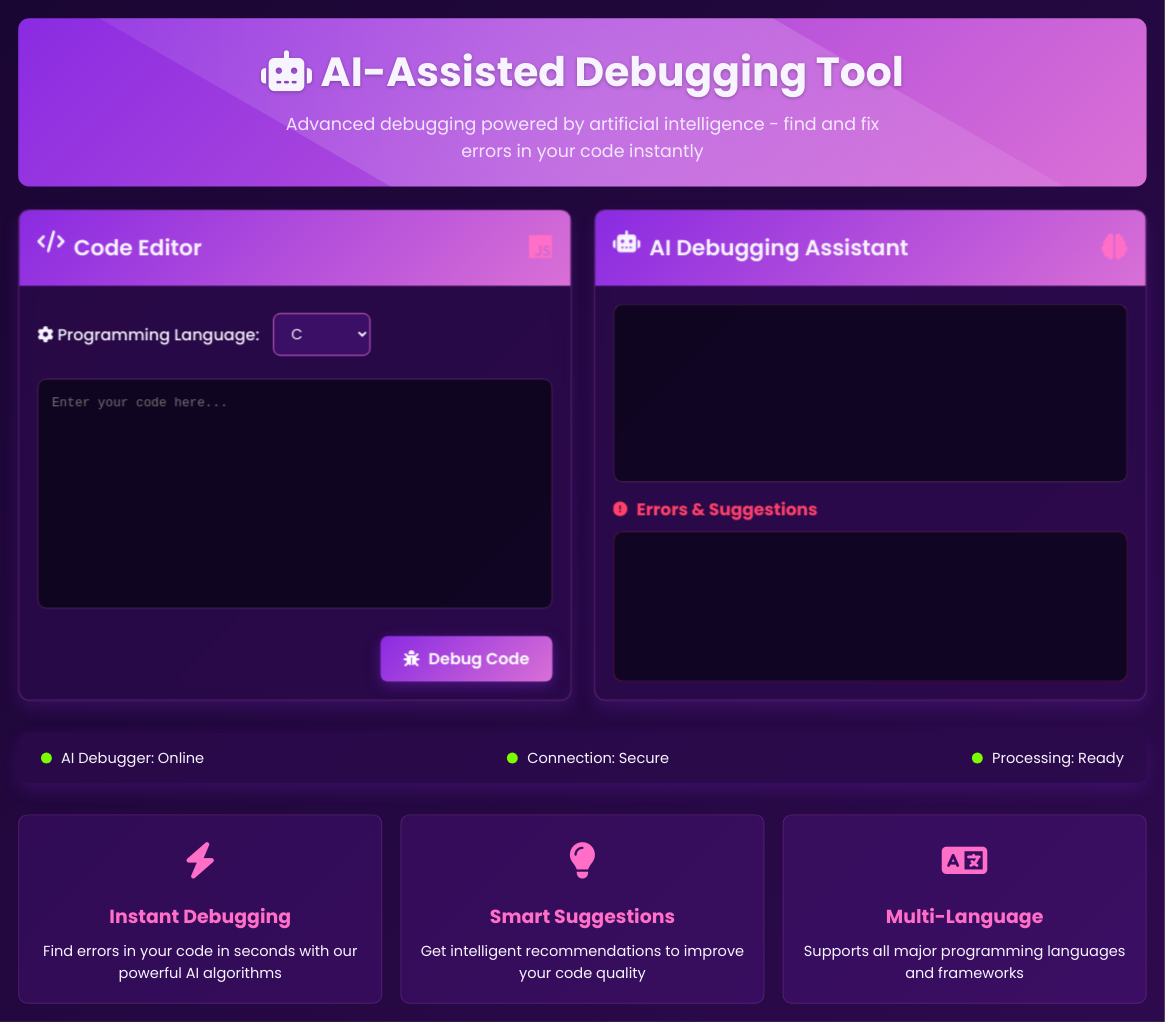
Repository: ujjwalkathait/AI-Asissted_Debugging_tool
Page: Frontend/public/index.html
These files come from the project's save history. The page is drawn as it stood at one moment and after the next save; the edit follows.
The browser window is 1280 px wide. The pictures show the whole page, at 91% of full size.

Above is the page before, as saved 2025-07-13 23:06:13.

After the next save:
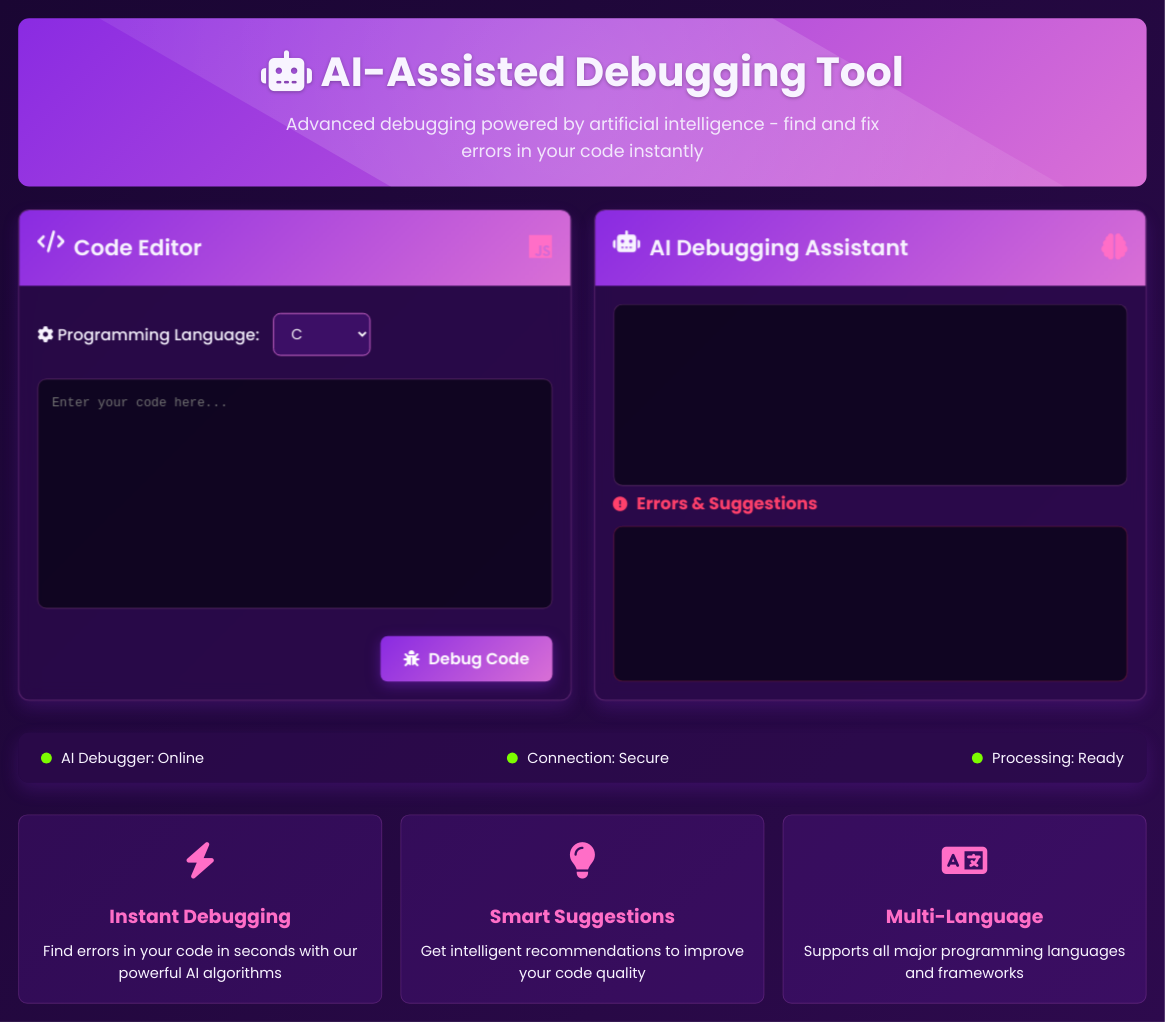
Saved 39 s later.
--- a/Frontend/public/index.html
+++ b/Frontend/public/index.html
@@ -60,14 +60,14 @@
                         <div class="ai-output" id="debug-output">
 </div>
 
-                        <div class="error-container">
-                            <div class="error-header">
-                                <i class="fas fa-exclamation-circle"></i>
-                                <h3>Errors & Suggestions</h3>
-                            </div>
-                            <div class="error-box" id="error-output"></div>
-                        </div>
-                    </div>
+</div>
+<div class="error-container">
+    <div class="error-header">
+        <i class="fas fa-exclamation-circle"></i>
+        <h3>Errors & Suggestions</h3>
+    </div>
+    <div class="error-box" id="error-output"></div>
+</div>
                 </div>
             </div>
         </div>
